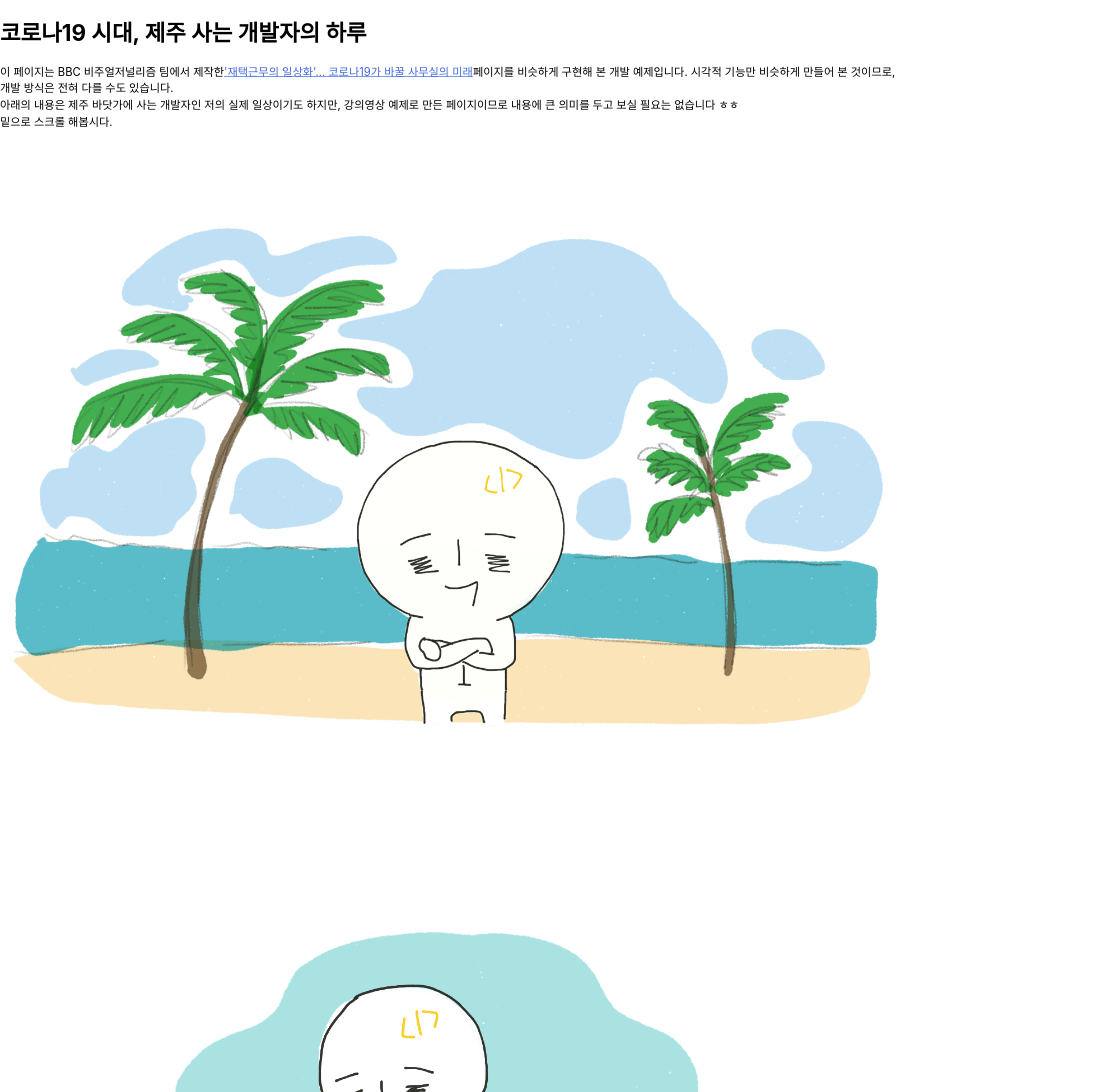
Repository: westone034626/ReactPractice
Page: /
These files come from the project's save history. The page is drawn as it stood at one moment and after the next save; the edit follows.
The browser window is 1280 px wide. The page is 1280 px wide, then 1600 px, so the pictures cover 1600 px, including what lies to the right of the window. The pictures show the part of the page from y = 0 to 1560 px (the page is 9921 px tall before and 12081 px after), at 70% of full size.
The project was rebuilt for these pictures with package versions that can differ from the ones it lists, and the page was loaded fresh each time. Also part of the build but not shown: src/App.css.

Above is the page before, as saved 2021-10-31 23:23:24.

After the next save:
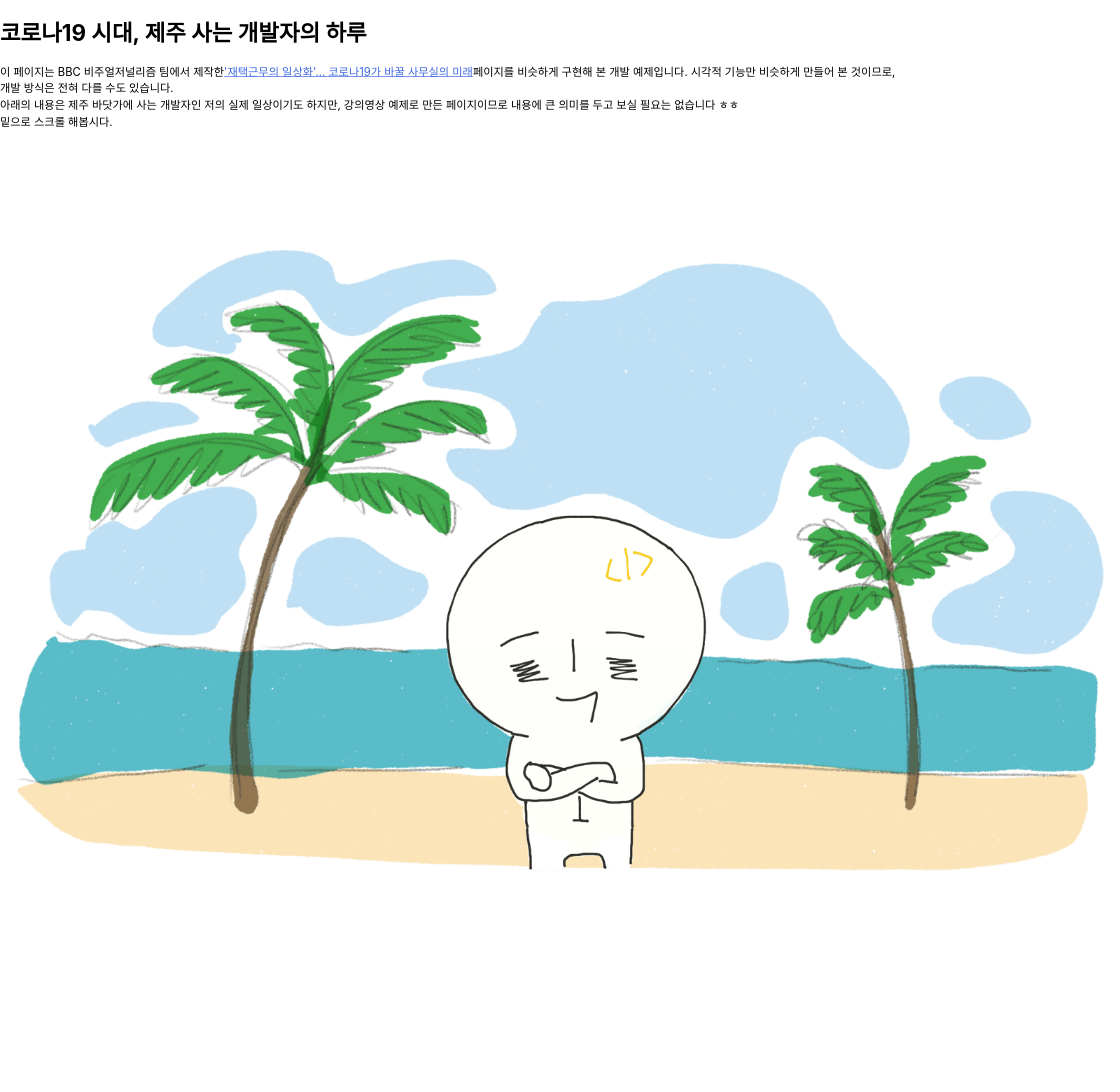
Saved 6 s later.
--- a/src/App.module.css
+++ b/src/App.module.css
@@ -7,7 +7,7 @@ a {
 }
 
 img {
-  max-width: 100%;
+  maxWidth: 100%;
   height: auto;
 }
 
